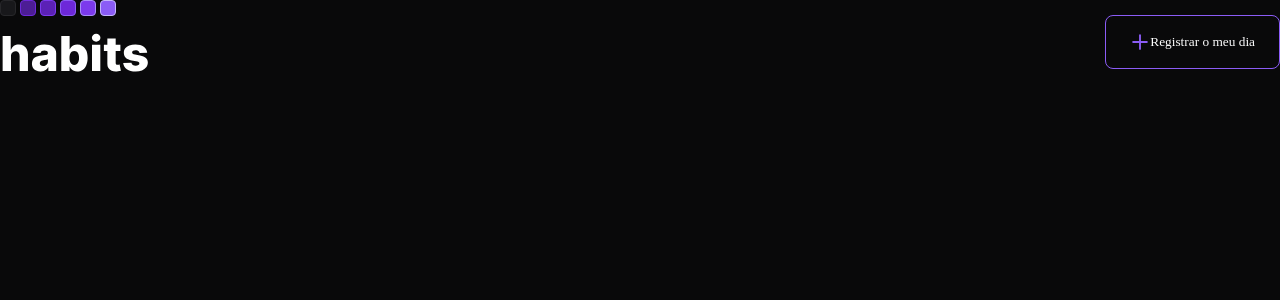
Repository: AntonyCosta/nlw-setup
Page: index.html
The author's editor kept a copy of each file at every save. The page is drawn from the files as they stood at one save, then again after the next save.
The browser window is 1280 px wide. The pictures show the whole page.

Above is the page before, as saved 2023-01-18 03:31:15.

After the next save:
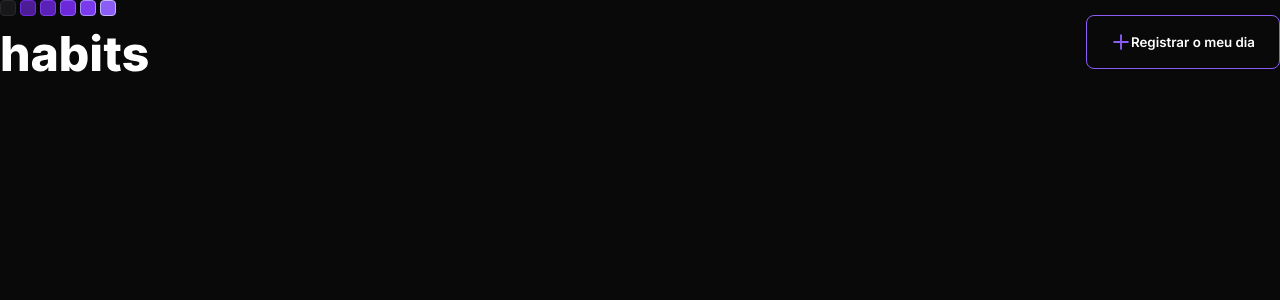
Saved 4 s later.
--- a/style.css
+++ b/style.css
@@ -30,5 +30,5 @@ button {
   display: flex;
   align-items: center;
 
-  font-family: '';
+  font-family: 'Inter';
 }
